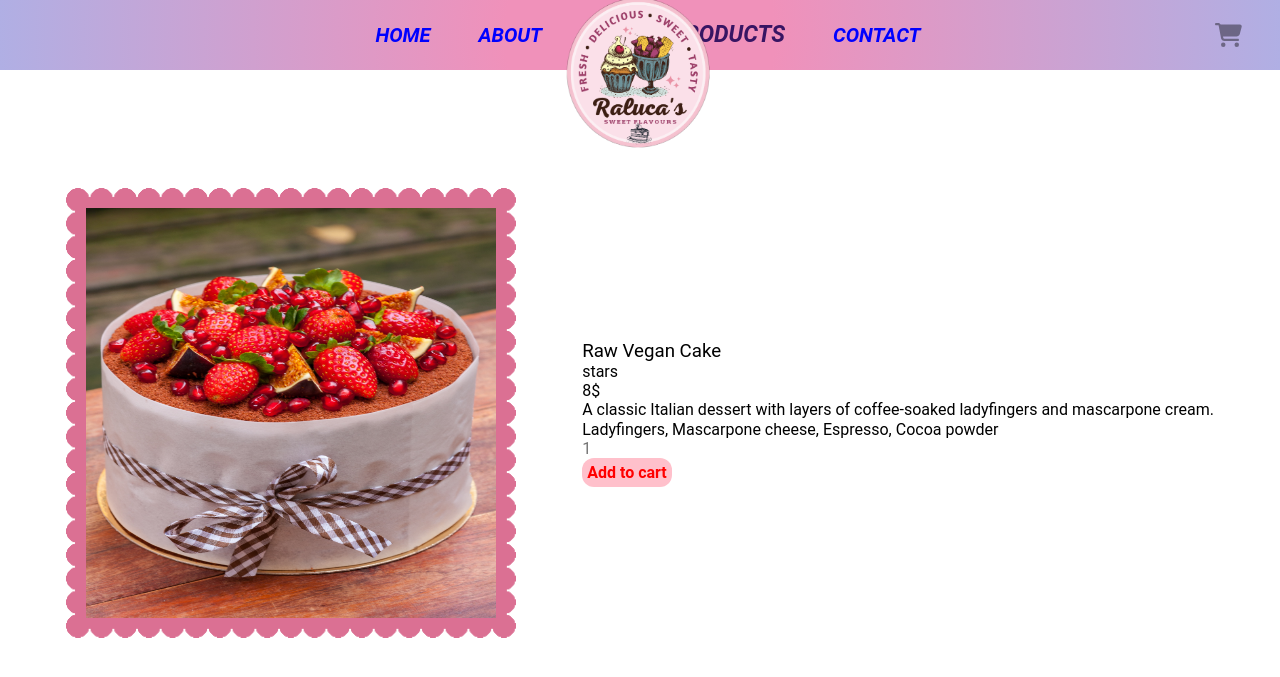
Repository: RalucaZota/cakeshop
Page: /products
An editor plug-in stored every save of this project. The page is shown before and after the next save, followed by the edit.
The browser window is 1280 px wide. The pictures show the whole page.
The project was rebuilt for these pictures with package versions that can differ from the ones it lists, and the page was loaded fresh each time. Requests to the local data server were answered from the project's data file. Also part of the build but not shown: vite.config.js, src/components/FavoriteProduct.vue, src/data.js, src/components/ProductItem.vue, src/components/Testimonials.vue, src/views/Home.vue, src/components/StaffComponent.vue, src/components/CommentBox.vue and 3 more.

Above is the page before, as saved 2023-07-01 11:22:45.

After the next save:
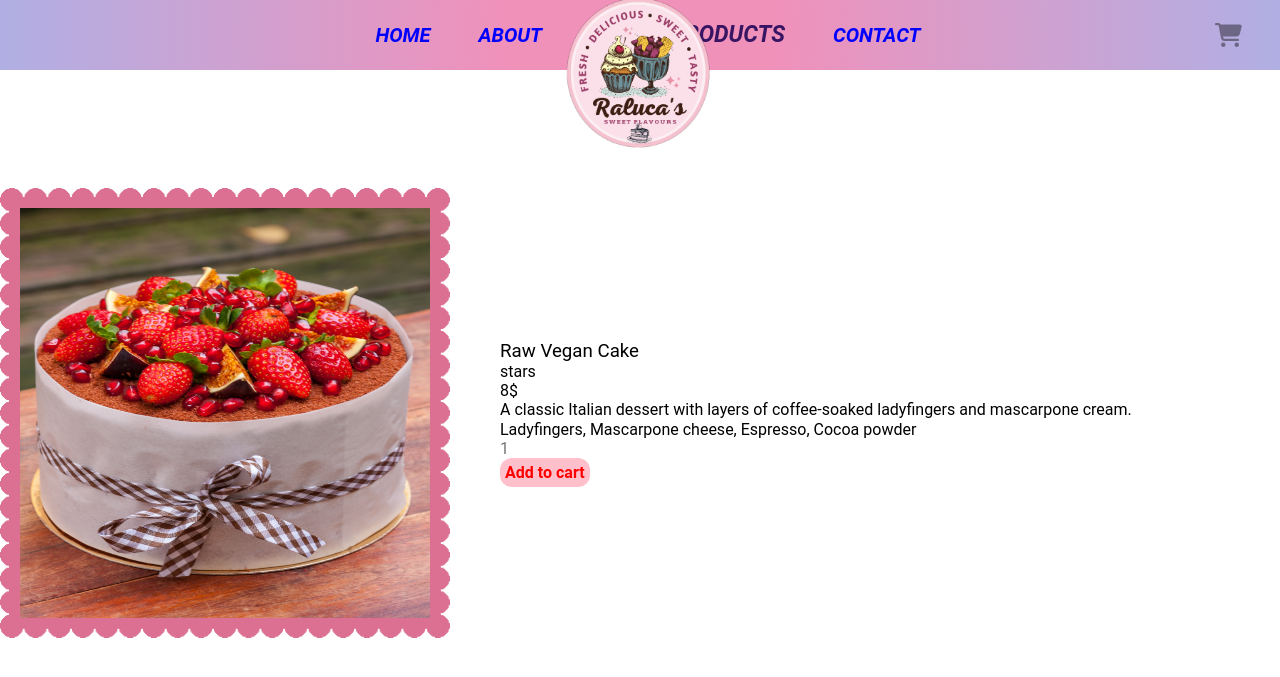
Saved 75 s later.
--- a/src/styles/SingleProduct.scss
+++ b/src/styles/SingleProduct.scss
@@ -2,7 +2,7 @@
     margin-top: 150px;
     display: flex;
     align-items: center;
-    justify-content:space-evenly;
+    gap: 50px;
     flex-direction: row;
     .product-wrapper-div-img{
         .single-product-img{
